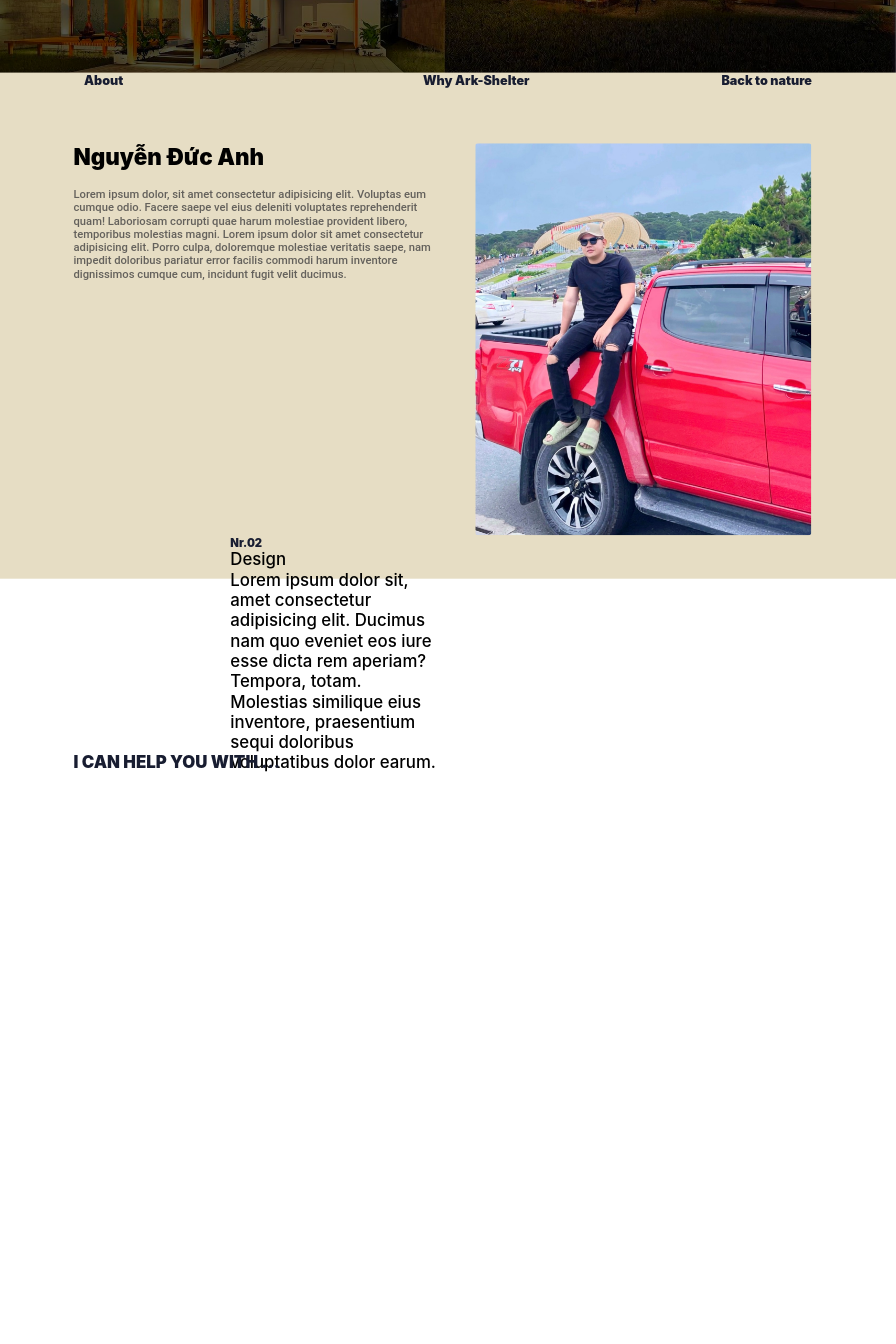
Repository: Ethanxcode/DucAnhNguyen
Page: index.html
The author's editor kept a copy of each file at every save. The page is drawn from the files as they stood at one save, then again after the next save.
The browser window is 1280 px wide. The pictures show the part of the page from y = 614 to 2534 px (the page is 10000 px tall), at 70% of full size.

Above is the page before, as saved 2023-01-14 02:10:18.

After the next save:
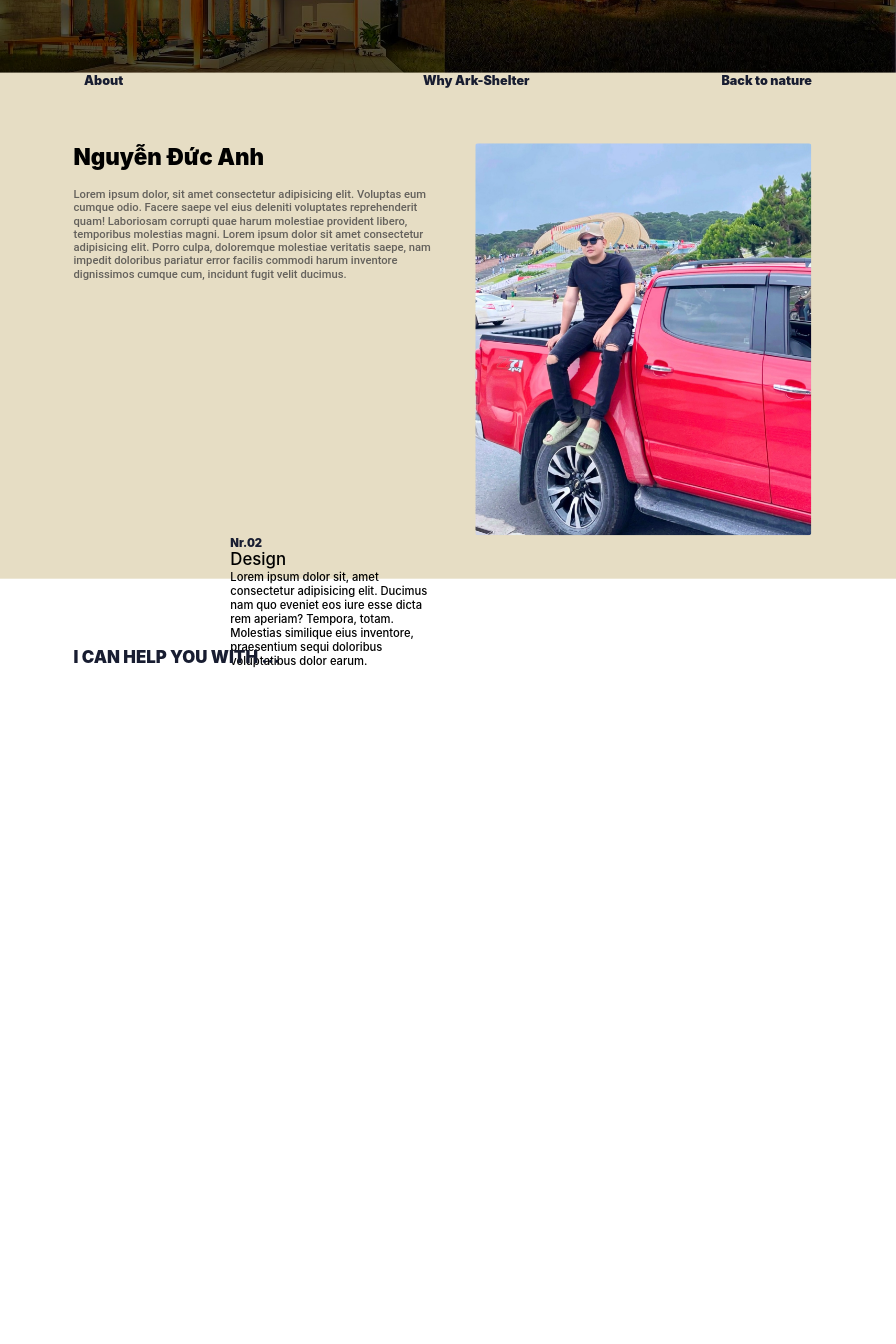
Saved 6 s later.
--- a/index.html
+++ b/index.html
@@ -108,7 +108,7 @@
 						<div class="col-half">
 							<h4 class="inter-black-eerie-black-16px">Nr.02</h4>
 							<h3 class="inter-medium-black-24px">Design</h3>
-							<p class="inter-medium-black-24px">
+							<p class="inter-medium-black-16px">
 								Lorem ipsum dolor sit, amet consectetur adipisicing elit.
 								Ducimus nam quo eveniet eos iure esse dicta rem aperiam?
 								Tempora, totam. Molestias similique eius inventore, praesentium
